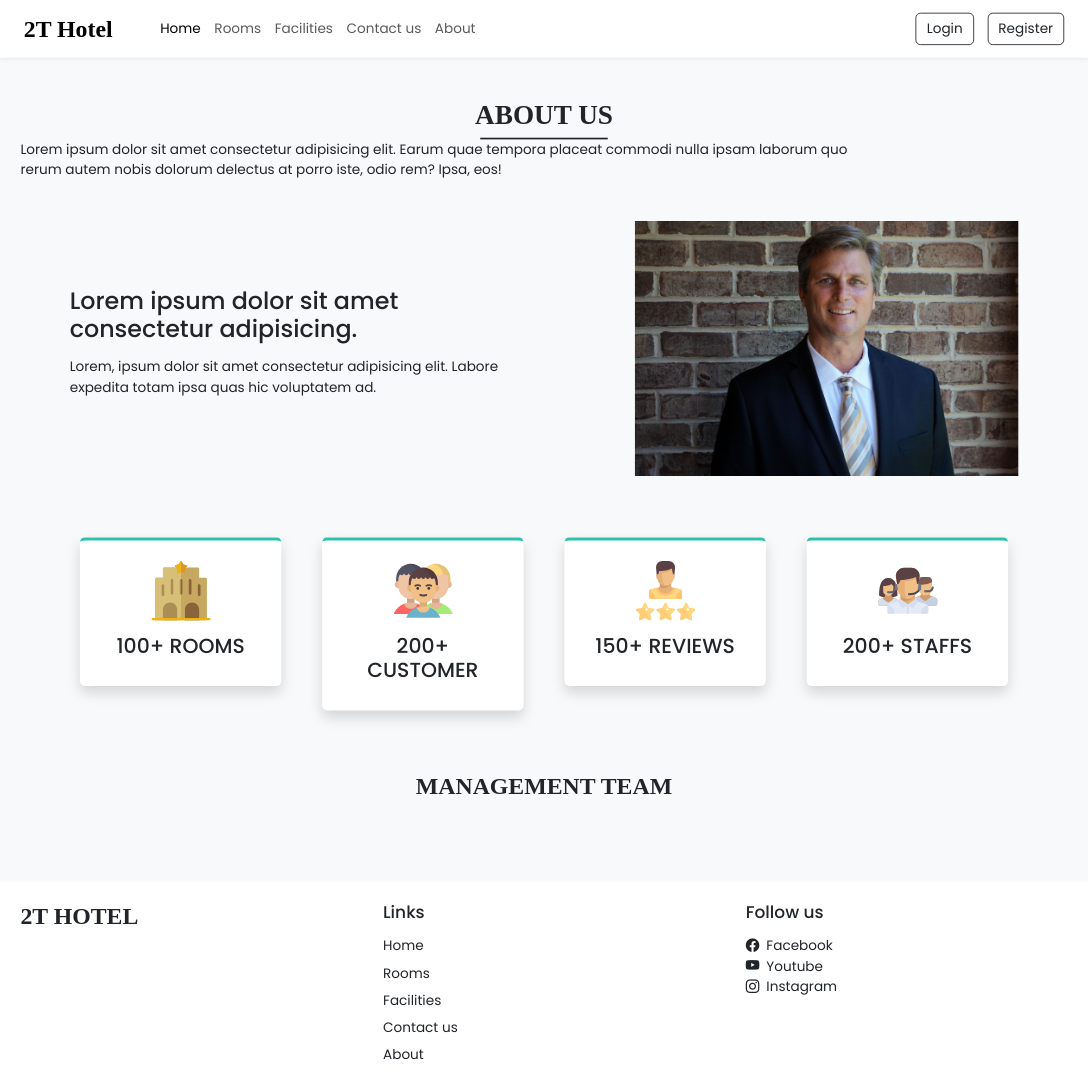
Repository: ntruong0906/desktop-tutorial
Page: http://localhost/about.php
The author's editor kept a copy of each file at every save. The page is drawn from the files as they stood at one save, then again after the next save.
The browser window is 1280 px wide. The pictures show the whole page, at 85% of full size.
Some web fonts or font styles are not loaded; a fallback is used. The page is run by PHP 8.4 with error messages shown; the project is at /var/www/html/.

Above is the page before, as saved 2024-03-19 00:31:23.

After the next save:
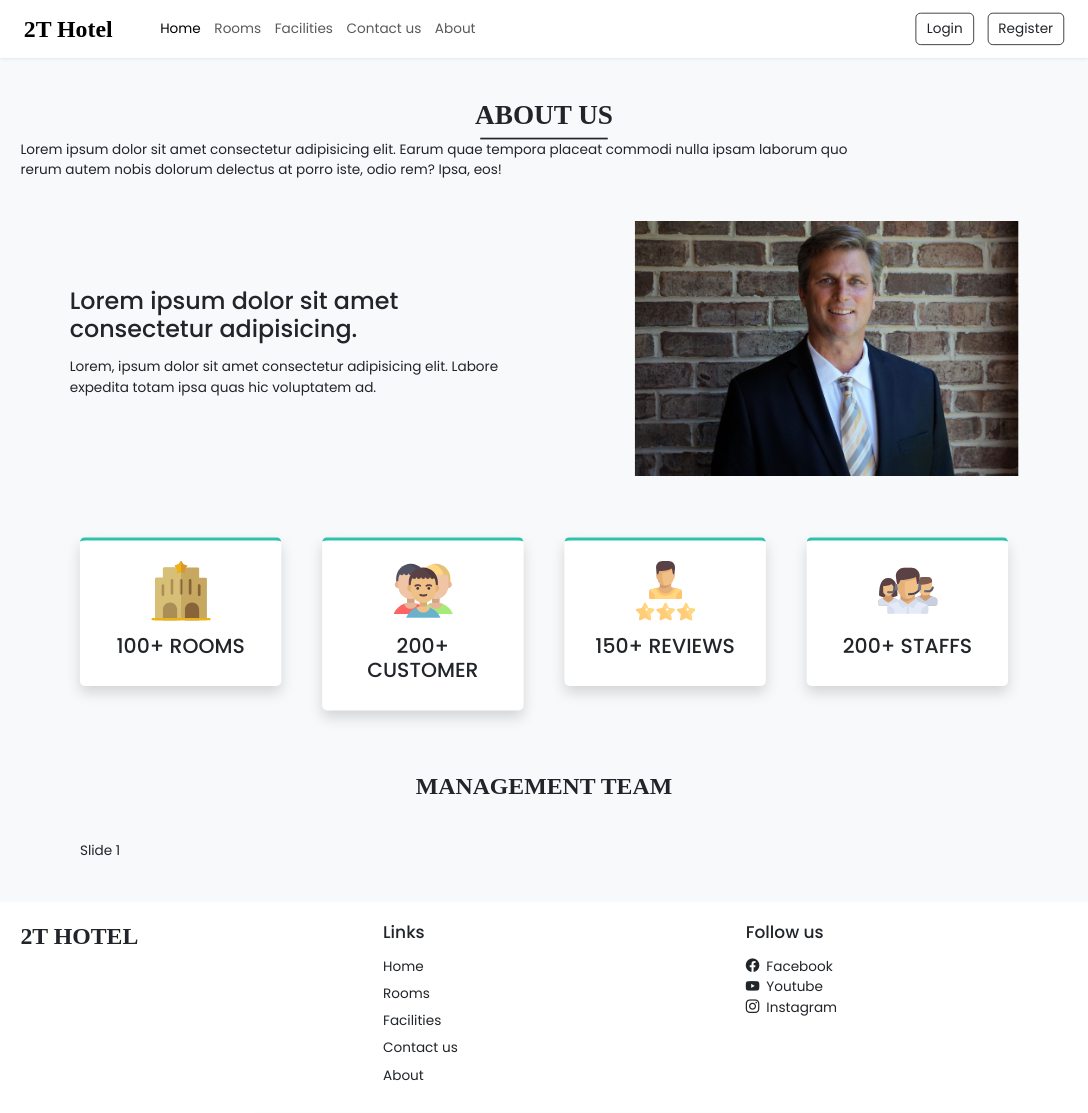
Saved 8 min 5 s later.
--- a/WebsiteBookingHotel/about.php
+++ b/WebsiteBookingHotel/about.php
@@ -77,6 +77,22 @@
                 </div>
             </div>
             <h3 class="my-5 fw-bold h-font text-center">MANAGEMENT TEAM</h3>
+            <div class="container px-4">
+                <div class="swiper mySwiper">
+                    <div class="swiper-wrapper">
+                        <div class="swiper-slide">Slide 1</div>
+                        <div class="swiper-slide">Slide 2</div>
+                        <div class="swiper-slide">Slide 3</div>
+                        <div class="swiper-slide">Slide 4</div>
+                        <div class="swiper-slide">Slide 5</div>
+                        <div class="swiper-slide">Slide 6</div>
+                        <div class="swiper-slide">Slide 7</div>
+                        <div class="swiper-slide">Slide 8</div>
+                        <div class="swiper-slide">Slide 9</div>
+                    </div>
+                    <div class="swiper-pagination"></div>
+                </div>
+            </div>
         </div>
     </div>
 
